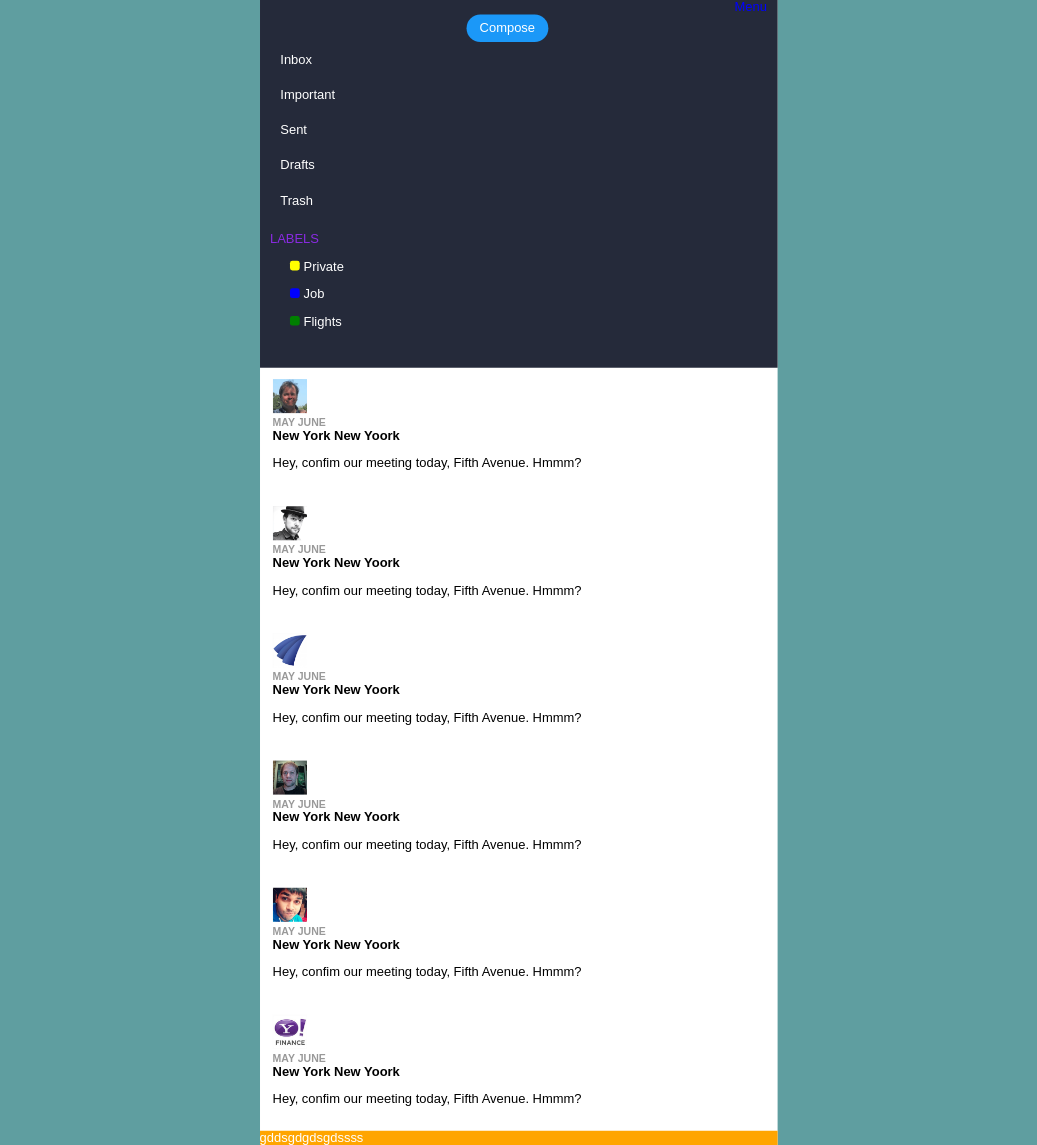
Repository: Gumiin/studia
Page: lesson4/index.html
The author's editor kept a copy of each file at every save. The page is drawn from the files as they stood at one save, then again after the next save.
The browser window is 1280 px wide. The pictures show the whole page, at 81% of full size.

Above is the page before, as saved 2021-04-21 18:28:10.

After the next save:
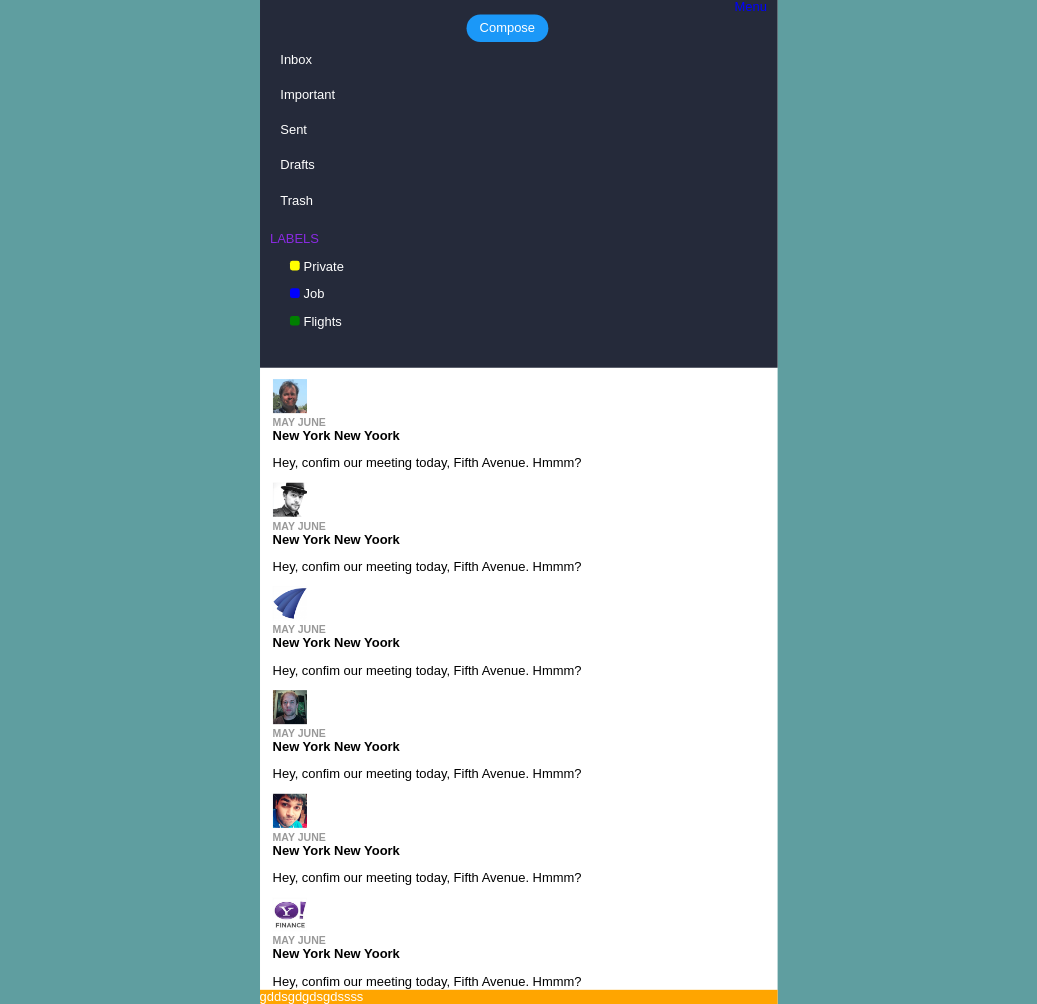
Saved 30 s later.
--- a/lesson4/style.css
+++ b/lesson4/style.css
@@ -67,7 +67,7 @@ main{
 }
 .mail{
     padding: 14px 16px;
-    max-height: 200px;
+    height: 100px;
 }
 img{
     max-height: 42px;
